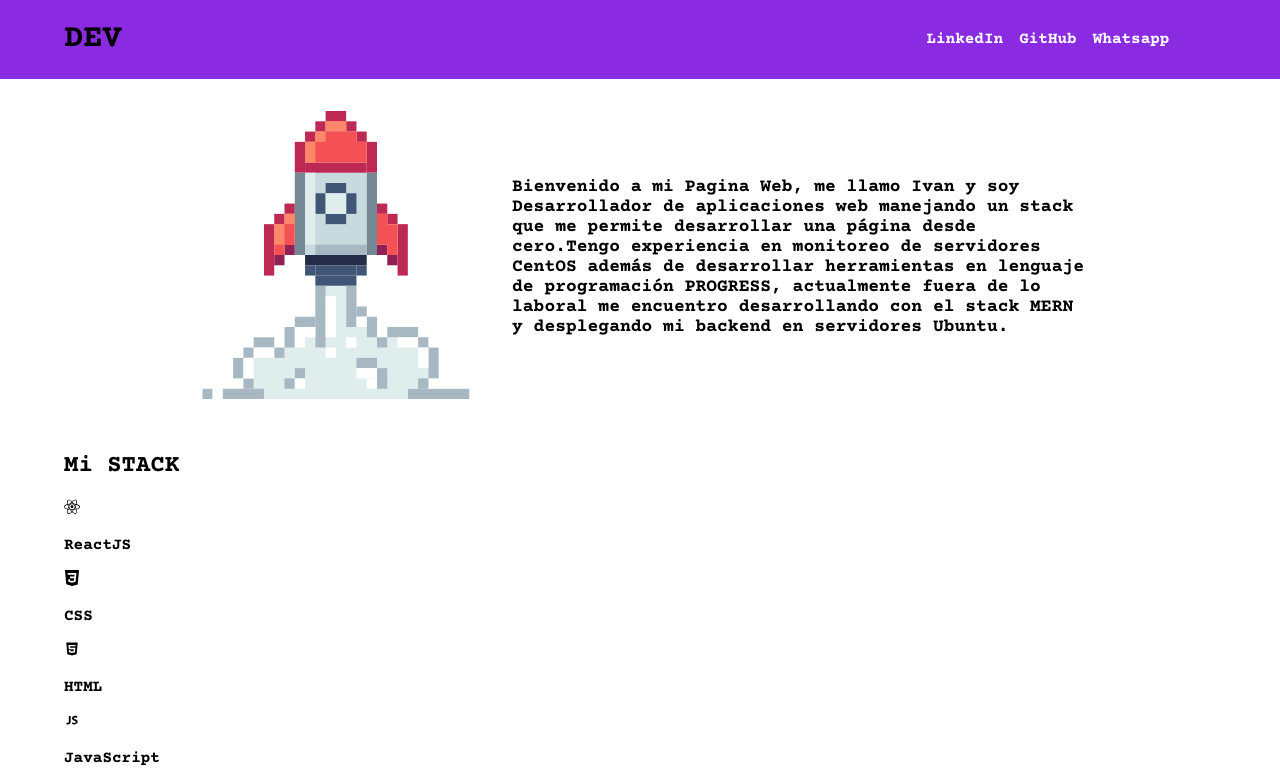
Repository: FxIvan/myweb
Page: /
These files come from the project's save history. The page is drawn as it stood at one moment and after the next save; the edit follows.
The browser window is 1280 px wide. The pictures show the whole page.
The project was rebuilt for these pictures with package versions that can differ from the ones it lists, and the page was loaded fresh each time.

Above is the page before, as saved 2022-11-03 11:38:28.

After the next save:
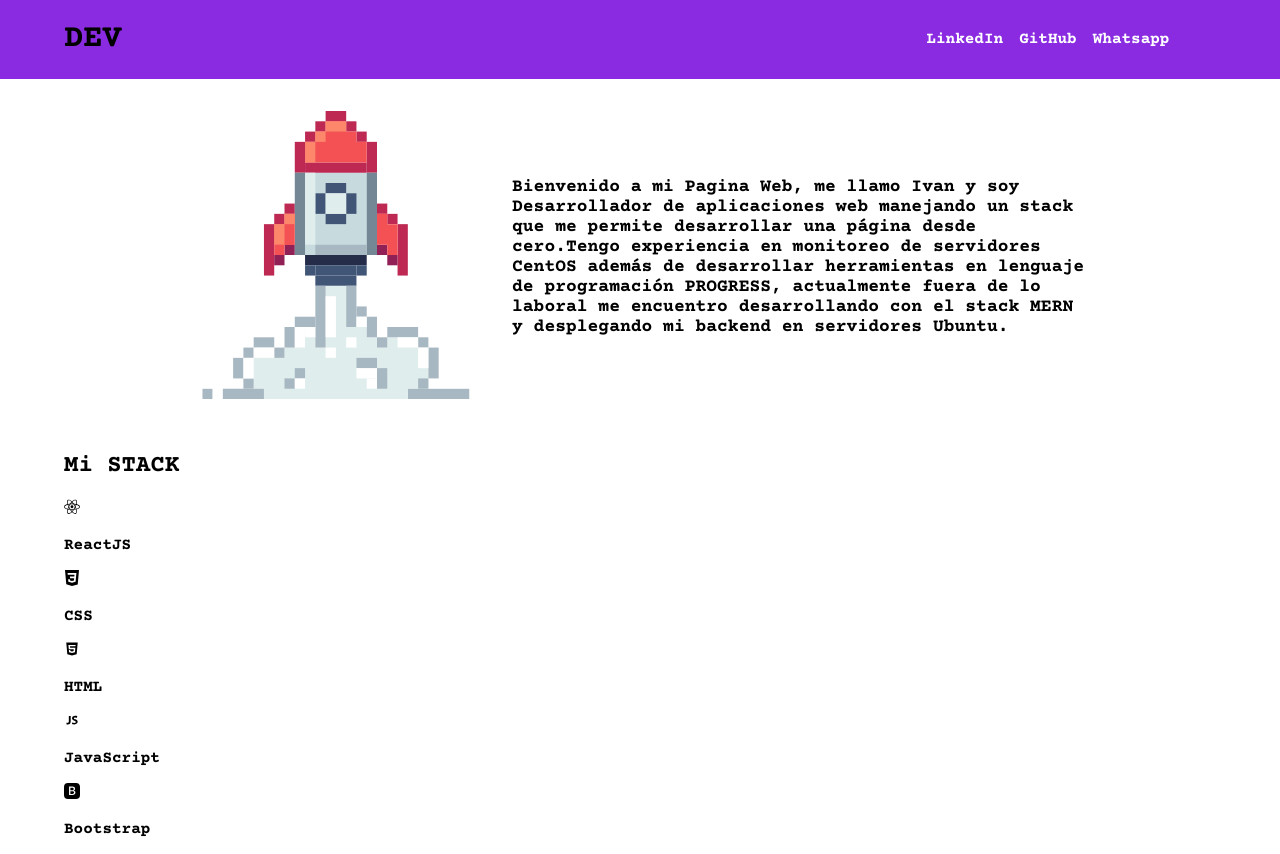
Saved 14 s later.
--- a/src/component/stack/stack.js
+++ b/src/component/stack/stack.js
@@ -37,7 +37,8 @@
                         </div>
                         <div>
                             <div>
-
+                                <BsFillBootstrapFill/>
+                                <p>Bootstrap</p>
                             </div>
                         </div>
                     </div>
